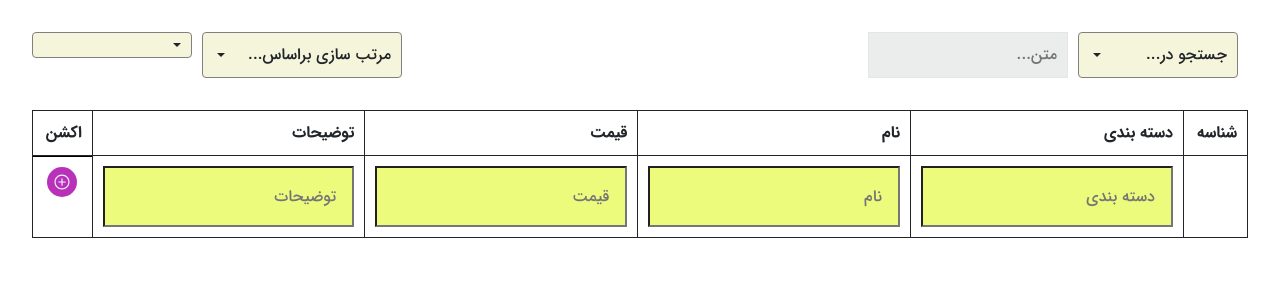
Repository: fateme81yosefi/form_ecco
Page: /
These files come from the project's save history. The page is drawn as it stood at one moment and after a run of saves; the edit follows.
The browser window is 1280 px wide. The pictures show the whole page.
The page's requests for data from a server got no answer. The project was rebuilt for these pictures with package versions that can differ from the ones it lists, and the page was loaded fresh each time. No one was signed in, and anything a server would have sent is missing.

Above is the page before, as saved 2023-03-10 11:00:34.

### src/index.js
import React from 'react';
import ReactDOM from 'react-dom/client';
import './index.css';
import App from './App';
import reportWebVitals from './reportWebVitals';
import"bootstrap/dist/css/bootstrap.css";
import "bootstrap/dist/js/bootstrap"
const root = ReactDOM.createRoot(document.getElementById('root'));
root.render(
  <React.StrictMode>
    <App />
  </React.StrictMode>
);

// If you want to start measuring performance in your app, pass a function
// to log results (for example: reportWebVitals(console.log))
// or send to an analytics endpoint. Learn more: https://bit.ly/CRA-vitals
reportWebVitals();

### src/App.js
import { Button } from 'bootstrap';
import { useEffect, useState, useCallback } from 'react';
import './App.css';
import debounce from "lodash.debounce";

function App() {

  const [Data, setData] = useState([])
  const [DataFiltered, setDataFiltered] = useState([])
  const [empty, setEmpty] = useState(true)
  const [query, setQuery] = useState("");
  const [searchIn, setsearchIn] = useState("نام");
  const [titleSort, setTitleSort] = useState("");
  const [titleSearch, setTitleSearch] = useState("");
  const [titleRow, setTitleRow] = useState("");

  const [row, setRow] = useState(30);
  const [page, setPage] = useState(1);
  const [newProcuctId, setNewProcuctId] = useState();
  const [newProcuctTitle, setNewProcuctTitle] = useState();
  const [newProcuctPrice, setNewProcuctPrice] = useState();
  const [newProcuctDescription, setNewProcuctDescription] = useState();
  const [newProcuctCategory, setNewProcuctCategory] = useState();


  let rows = [];



  const postData = async () => {
    try {
      const response = await fetch("https://dummyjson.com/products");
      let result = await response.json();
      setData(result.products)
      console.log(result)

    } catch (err) {
      console.log("err = ", err);
    } finally {
    }
  };
  const changeHandler = (event) => {
    setQuery(event.target.value);
  };

  const debouncedChangeHandler = useCallback(debounce(changeHandler, 2000), []);


  const deleteProduct = async (id) => {
    if (window.confirm('Do you want to remove?')) {

      try {
        const response = await fetch("https://dummyjson.com/products/" + id, {
          method: "DELETE"
        })
        let result = await response.json();

        window.location.reload()
        postData()
      } catch (err) {
        console.log("err = ", err);
      } finally {
      }
    }
  };


  const addProduct = async () => {
    if (window.confirm('Do you want to Add it?')) {

      try {
        // const response = await fetch("https://dummyjson.com/products/" + newProcuctId, {
        //   method: "POST",
        //   body: JSON.stringify(
        //     { id: newProcuctId, price: newProcuctPrice, description: newProcuctDescription, category: newProcuctCategory }
        //   )

        // })
        // let result = await response.json();
        // console.log(result)
        // console.log(response)
      } catch (err) {
        console.log("err = ", err);
      } finally {
      }
    }
  };

  useEffect(() => {
    postData()
  }, []);



  useEffect(() => {

    for (let i = 0; i < row; i++) {
      rows.push(i);
    }

  }, [row]);



  useEffect(() => {
    filtering(searchIn)
  }, [query]);

  useEffect(() => {
    setDataFiltered(Data)
  }, [Data]);

  useEffect(() => {
    setEmpty(!empty)
  }, [DataFiltered]);

  function compareById(a, b) {
    if (a.id < b.id) {
      return -1;
    }
    if (a.id > b.id) {
      return 1;
    }
    return 0;
  }
  function compareByCategory(a, b) {
    if (a.category < b.category) {
      return -1;
    }
    if (a.category > b.category) {
      return 1;
    }
    return 0;
  }
  function compareByName(a, b) {
    if (a.title < b.title) {
      return -1;
    }
    if (a.title > b.title) {
      return 1;
    }
    return 0;
  }
  function compareByPrice(a, b) {
    if (a.price < b.price) {
      return -1;
    }
    if (a.price > b.price) {
      return 1;
    }
    return 0;
  }
  const sorting = (i) => {
    if (empty !== true) {
      let vvvvvv = "";
      setDataFiltered(vvvvvv)
      setEmpty(true)
      switch (i) {

        case 1:
          setDataFiltered(Data.sort(compareById))
          break;

        case 2:
          setDataFiltered(Data.sort(compareByCategory))
          break;

        case 3:
          setDataFiltered(Data.sort(compareByName))
          break;

        case 4:
          setDataFiltered(Data.sort(compareByPrice))
          break;

        default:
          break;
      }
    }

    else {
      switch (i) {

        case 1:
          setDataFiltered(Data.sort(compareById))
          setEmpty(false)
          break;

        case 2:
          setDataFiltered(Data.sort(compareByCategory))
          setEmpty(false)
          break;

        case 3:
          setDataFiltered(Data.sort(compareByName))
          setEmpty(false)
          break;

        case 4:
          setDataFiltered(Data.sort(compareByPrice))
          setEmpty(false)
          break;

        default:
          break;
      }
    }
  }
  let uniqueTags = [];

  const filtering = (searchIn) => {

    switch (searchIn) {
      case "شناسه":
        Data
          .filter((data) => data.id.toString().toLowerCase().includes(query))
          .map((data, index) => {
            uniqueTags.push(data);

          });
        setDataFiltered(uniqueTags)
        break;

      case "نام":
        Data
          .filter((data) => data.title.toLowerCase().includes(query))
          .map((data, index) => {
            uniqueTags.push(data);

          });
        setDataFiltered(uniqueTags)
        break;

      case "قیمت":
        Data
          .filter((data) => data.price.toString().toLowerCase().includes(query))
          .map((data, index) => {
            uniqueTags.push(data);

          });
        setDataFiltered(uniqueTags)
        break;

      case "دسته بندی":
        Data
          .filter((data) => data.category.toLowerCase().includes(query))
          .map((data, index) => {
            uniqueTags.push(data);

          });
        setDataFiltered(uniqueTags)
        break;

      default:
        break;
    }



  };

  return <div className="App">
    <div className='containerr'>
      <div className='headButton'>
        <div className='left'>

          <div className="dropdown">
            <button className="btn dropdown-toggle" type="button" id="dropdownMenuButton" data-toggle="dropdown" aria-haspopup="true" aria-expanded="false">

{titleRow}            </button>
            <div className="dropdown-menu" aria-labelledby="dropdownMenuButton">
              <a className="dropdown-item" onClick={() => setRow(5)} >5</a>
              <a className="dropdown-item" onClick={() => setRow(12)}>12  </a>
              <a className="dropdown-item" onClick={() => setRow(30)}>30</a>
            </div>
          </div>


          <div className="dropdown">
            <button className="btn dropdown-toggle btn-sort" type="button" id="dropdownMenuButton" data-toggle="dropdown" aria-haspopup="true" aria-expanded="false">

              {titleSort !== "" ? titleSort : "مرتب سازی براساس..."}

            </button>
            <div className="dropdown-menu dropDownSort" aria-labelledby="dropdownMenuButton">
              <a className="dropdown-item" onClick={() => { sorting(1); setTitleSort("شناسه") }}>شناسه</a>
              <a className="dropdown-item" onClick={() => { sorting(2); setTitleSort("دسته بندی") }}>دسته بندی </a>
              <a className="dropdown-item" onClick={() => { sorting(3); setTitleSort("نام") }}>نام</a>
              <a className="dropdown-item" onClick={() => { sorting(4); setTitleSort("قیمت") }}>قیمت</a>
            </div>
          </div>

        </div>

        <div className='right'>

          <input className='inputSearch' onChange={debouncedChangeHandler}
            type="text" placeholder='متن...' />

          <div className="dropdown">
            <button className="btn dropdown-toggle" type="button" id="dropdownMenuButton" data-toggle="dropdown" aria-haspopup="true" aria-expanded="false">
              {titleSearch !== "" ? titleSearch : "جستجو در..."}
            </button>
            <div className="dropdown-menu" aria-labelledby="dropdownMenuButton">
              <a className="dropdown-item" onClick={() => { setsearchIn("شناسه"); setTitleSearch("شناسه") }}>شناسه</a>
              <a className="dropdown-item" onClick={() => { setsearchIn("دسته بندی"); setTitleSearch("دسته بندی") }} >دسته بندی </a>
              <a className="dropdown-item" onClick={() => { setsearchIn("نام "); setTitleSearch("نام") }}>نام</a>
              <a className="dropdown-item" onClick={() => { setsearchIn("قیمت"); setTitleSearch("قیمت") }}>قیمت</a>
            </div>
          </div>


        </div>
      </div>



      <table>
        <tr>
          <th>شناسه</th>
          <th>دسته بندی</th>
          <th>نام </th>
          <th>قیمت</th>
          <th>توضیحات </th>
          <th>اکشن </th>
        </tr>

        {DataFiltered ? DataFiltered.map((item, index) => (
          index < page * row && index + 1 > (page - 1) * row ?
            (<tr>
              <td>{item.id}</td>
              <td>{item.category}</td>
              <td>{item.title}</td>
              <td>{item.price}</td>
              <td>{item.description}</td>
              <td className='actionsTd'>
                <button className='actions deleteAction' onClick={() => { deleteProduct(item.id) }}>
                  <svg width="24" height="24" viewBox="0 0 24 24" fill="none" xmlns="http://www.w3.org/2000/svg"><path d="M7 4a2 2 0 0 1 2-2h6a2 2 0 0 1 2 2v2h4a1 1 0 1 1 0 2h-1.069l-.867 12.142A2 2 0 0 1 17.069 22H6.93a2 2 0 0 1-1.995-1.858L4.07 8H3a1 1 0 0 1 0-2h4V4zm2 2h6V4H9v2zM6.074 8l.857 12H17.07l.857-12H6.074z" fill="white" /></svg>
                </button>
                <button className='actions editAction'>
                  <svg width="15" height="15" viewBox="0 0 15 15" fill="none" xmlns="http://www.w3.org/2000/svg"> <path d="M9.85355 0.146447C9.65829 -0.0488155 9.34171 -0.0488155 9.14645 0.146447L6.50002 2.79288L12.2071 8.49998L14.8536 5.85355C15.0488 5.65829 15.0488 5.34171 14.8536 5.14645L9.85355 0.146447Z" fill="white" /> <path d="M0 9.29289L5.79291 3.49998L11.5 9.20709L5.70711 15H0.5C0.223858 15 0 14.7761 0 14.5V9.29289Z" fill="white" /> <path d="M8 15H15V14H8V15Z" fill="white" /> </svg>
                </button>
              </td>
            </tr>) : ""
        )) : ""

        }

        <tr className='addingInput'>
          <th></th>
          <th><input placeholder='دسته بندی' onChange={(e) => { setNewProcuctCategory(e.target.value) }} /></th>
          <th><input placeholder='نام' onChange={(e) => { setNewProcuctTitle(e.target.value) }} /> </th>
          <th><input placeholder='قیمت' onChange={(e) => { setNewProcuctPrice(e.target.value) }} /></th>
          <th><input placeholder='توضیحات' onChange={(e) => { setNewProcuctDescription(e.target.value) }} /> </th>
          <th className='addingTh'>
            <button className='actions addAction' onClick={() => addProduct()}>
              <svg clipRule="evenodd" fillRule="evenodd" strokeLinejoin="round" strokeMiterlimit="2" viewBox="0 0 24 24" xmlns="http://www.w3.org/2000/svg"><path d="m12.002 2c5.518 0 9.998 4.48 9.998 9.998 0 5.517-4.48 9.997-9.998 9.997-5.517 0-9.997-4.48-9.997-9.997 0-5.518 4.48-9.998 9.997-9.998zm0 1.5c-4.69 0-8.497 3.808-8.497 8.498s3.807 8.497 8.497 8.497 8.498-3.807 8.498-8.497-3.808-8.498-8.498-8.498zm-.747 7.75h-3.5c-.414 0-.75.336-.75.75s.336.75.75.75h3.5v3.5c0 .414.336.75.75.75s.75-.336.75-.75v-3.5h3.5c.414 0 .75-.336.75-.75s-.336-.75-.75-.75h-3.5v-3.5c0-.414-.336-.75-.75-.75s-.75.336-.75.75z" fillRule="nonzero" /></svg>
            </button>
          </th>
        </tr>


      </table>

      <div className='containCounterPage'>
        {[...Array(Math.round(DataFiltered.length / row))].map((_, index) => (
          <button onClick={() => setPage(index + 1)}>{index + 1}</button>
        ))}

      </div>

    </div>

  </div >
}

export default App;

### src/App.css
@font-face {
  font-family: iransansdn;
  font-weight: 100;
  src: url("./fonts/IRANSansWeb.ttf");
}
@font-face {
  font-family: iransansdn;
  font-weight: 400;
  src: url("./fonts/IRANSansWeb_Medium.ttf");
}
@font-face {
  font-family: iransansdn;
  font-weight: bold;
  src: url("./fonts/IRANSansWeb_Bold.ttf");
}

* {
  font-family: iransansdn;
  user-select: none;
}

.App {
  width: 100%;
  background-color: rgb(255, 255, 255);
  display: flex;
  align-items: center;
  justify-content: center;
}

td,
th,
table {
  border-collapse: collapse;
  border: 1px solid;
}
td,
th {
  padding: 10px;
}
table {
  width: 100%;
  direction: rtl;
  text-align: right !important;
}
.actionsTd {
  height: 100%;
}
.containerr {
  width: 95%;
  background-color: rgb(255, 255, 255);
  display: flex;
  align-items: center;
  justify-content: center;
  flex-direction: column;
}
.headButton {
  width: 100%;
  display: flex;
  align-items: center;
  justify-content: space-between;
  flex-direction: row;
}

.inputSearch {
  width: 200px;
  padding: 10px;
  direction: rtl;
  border: 1px solid #e5e5e5;
  margin-right: 10px;
  background-color: rgb(235, 237, 237);
}
.inputSearch:focus {
  outline: none;
}
.actionsTd {
  display: flex;
  flex-direction: row;
  align-items: center;
  justify-content: space-between;
}
.actions {
  width: 30px;
  height: 30px;
  display: flex;
  align-items: center;
  justify-content: center;
  border: none;
  border-radius: 50%;
}
.actions svg {
  fill: aliceblue;
}
.deleteAction {
  background-color: rgb(182, 38, 38);
}
.editAction {
  background-color: rgb(62, 143, 223);
}
.addAction {
  background-color: rgb(185, 49, 185);
}

.headButton {
  padding: 2rem 0;
}

.left,
.right {
  display: flex;
  flex-direction: row;
}

.listDrop {
  display: flex;
  align-items: center;
  justify-content: center;
  flex-direction: column;
  background-color: rgb(199, 199, 200);
  width: 170px;
  max-height: 120px;
  position: absolute;
  margin-top: 159px;
}
.listDropRow {
  margin-top: 130px;
}
.listDrop button {
  background-color: rgb(199, 199, 200);
  border: none;
  padding: 4px;
}
.dropdown {
  width: 170px;
  border: none;
}
.btn {
  width: 160px;
  border: 1px solid grey !important;
  direction: rtl;
  background-color: beige !important;
  display: flex !important;
  align-items: center;
  justify-content: space-between;
  padding: 10px !important;
}
.btn-sort {
  width: 200px;
}
.dropDownSort {
  min-width: 200px !important;
}
.actionsTd{
    border: none;
    border-top: 1px solid black;
}
.addingInput th input{
    background-color: rgb(236, 251, 123);
    width: 100%;
    height: 100%;
    padding: 1rem;
}
.addingTh{
    display: flex;
    align-items: center;
    justify-content: center;
    border: none;
    border-top: 1px solid black;

}
.containCounterPage{
    display: flex;
    align-items: center;
    justify-content: center;
    flex-direction: row;
}

Loaded but not shown: public/index.html (common file); src/index.css (common file); src/reportWebVitals.js (common file)

After the next 7 saves:
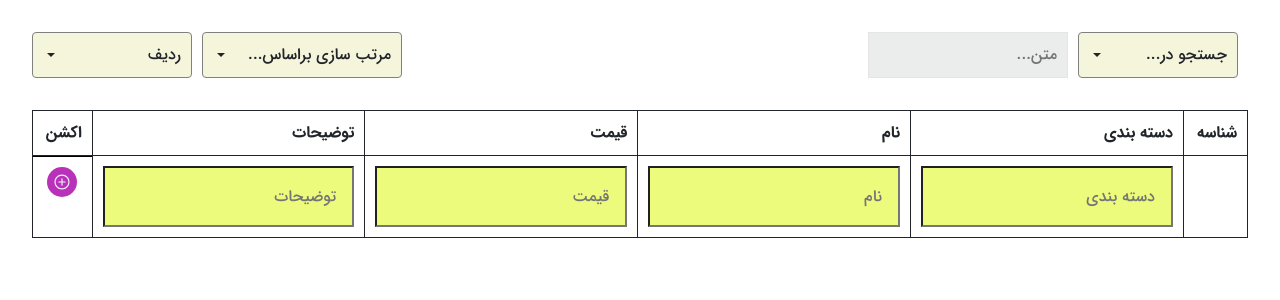
The 7 saves are shown as one change because 3 did not build or start and some came seconds apart.
The last was saved 24 s later.
--- a/src/App.js
+++ b/src/App.js
@@ -267,7 +267,7 @@ function App() {
           <div className="dropdown">
             <button className="btn dropdown-toggle" type="button" id="dropdownMenuButton" data-toggle="dropdown" aria-haspopup="true" aria-expanded="false">
 
-{titleRow}            </button>
+              {titleRow !== "" ? titleRow : "ردیف"}            </button>
             <div className="dropdown-menu" aria-labelledby="dropdownMenuButton">
               <a className="dropdown-item" onClick={() => setRow(5)} >5</a>
               <a className="dropdown-item" onClick={() => setRow(12)}>12  </a>
